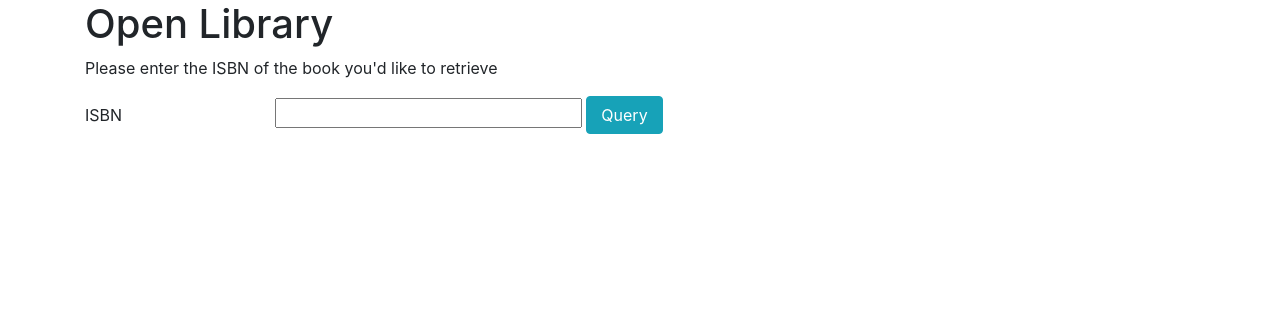
Repository: Voraphi/Jesus_Caballero-CST336-MIDTERM
Page: exams/midterm/index.html
The author's editor kept a record of every edit. The page is drawn from the files as they stood at one moment, then again after the next edit.
The browser window is 1280 px wide. The pictures show the whole page.

Above is the page before.

After the next edit:
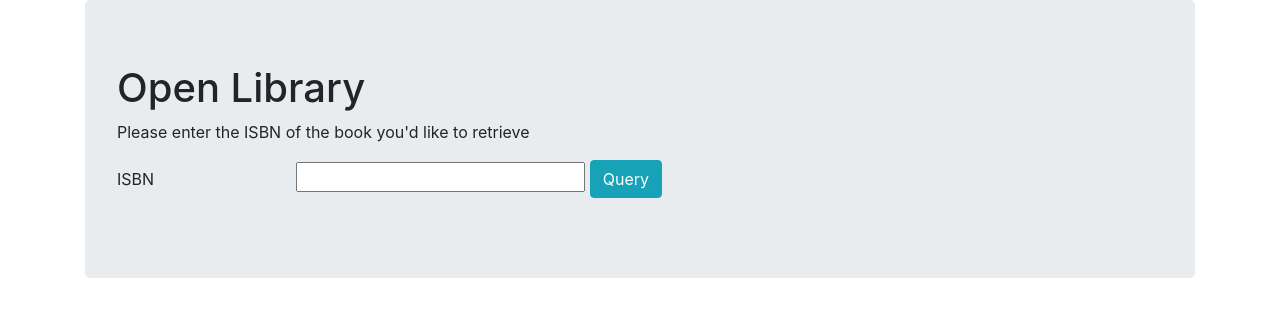
The edit:
--- a/exams/midterm/index.html
+++ b/exams/midterm/index.html
@@ -8,7 +8,7 @@
 
     </head>
     <body class="container">
-        <div clas="query jumbotron">
+        <div class="query jumbotron">
             <h1>Open Library</h1>
 
             <p>Please enter the ISBN of the book you'd like to retrieve</p>
